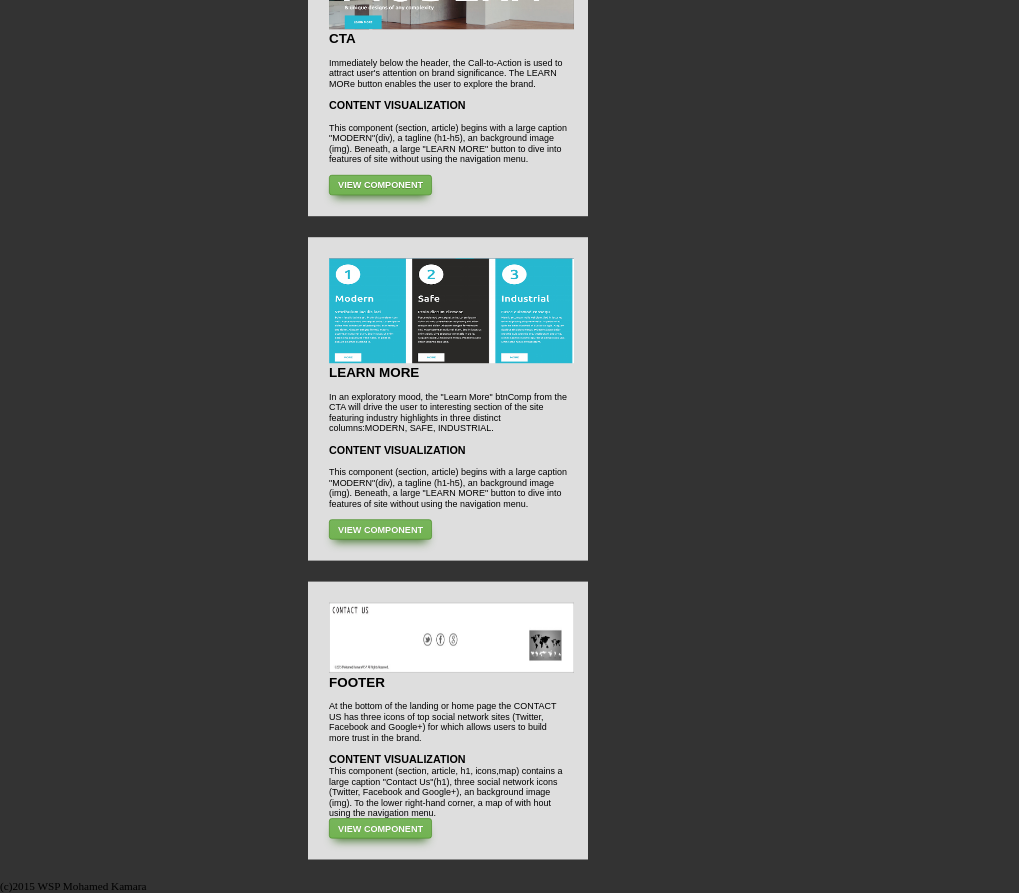
Repository: makamara/WSP_Project
Page: wsp/index.html
These files come from the project's save history. The page is drawn as it stood at one moment and after the next save; the edit follows.
The browser window is 1280 px wide. The page is 1280 px wide, then 1456 px, so the pictures cover 1456 px, including what lies to the right of the window. The pictures show the part of the page from y = 747 to 2427 px (the page is 2023 px tall before and 2465 px after), at 70% of full size.

Above is the page before, as saved 2015-09-15 23:36:00.

### wsp/index.html
<!DOCTYPE html>
<html>
<head>
	<title>WSP: Mohamed Kamara</title>
	<link rel="stylesheet" type="text/css" href="css/reset.css" />
	<link rel="stylesheet" type="text/css" href="css/main.css" />
</head>
<body>


	<!-- Header -->
	<header>

	</header>

	<!-- About -->
	<section id="about">

		<h1>WSP Mohamed Kamara</h1>
		<div class="image">
			<img src="images/art_pix.jpg" alt="Mohamed Kamara" width="150" height="150" /></div>
			<p>My name is Mohamed Kamara, I am originally from Liberia, a small country off the coast of West Africa. My interest in computer
		started as far back as 1995 while in high school and since then I have made it a career. Before Fullsail, I worked on technical
		support, but ever since I knew that development was something I really like doing, especially, the Web backend.
		</p>


	</section>

	<!-- Blog, Components -->
	<section>
		<!-- Header section -->
		<article>

			<img src="images/header.png" alt="Header Section" width="350" height="50" />
			<h1>HEADER</h1><br />
			<p>To present the company image to users, the log is placed in the top left-hand corner. Users are able to navigate the Website
			by making a selection from the menu located in the top right-hand corner. Users can return to the home page by clicking the logo.
			</p><br />
			<h3>CONTENT VISUALIZATION</h3><br />

			<p>This component (header, section, article) contains both the logo (img, h1) and the navigation (nav) with nested links (ul,a).
			For the logo to function as an escape hatch, it might also need to be linked (a).
			</p><br />
			<p><a href="/images/header.png" class="btnComp">VIEW COMPONENT</a></p>
		</article>
		<!-- CTA section -->
		<article>
			<img src="images/cta.jpg" alt="CTA" width="350" height="150" />
			<h1>CTA</h1><br />
			<p>Immediately below the header, the Call-to-Action is used to attract user's attention on brand significance.
				The <strong>LEARN MORe</strong> button enables the user to explore the brand.
			</p><br />
			<h3>CONTENT VISUALIZATION</h3><br />
			<p>This component (section, article) begins with a large caption "MODERN"(div), a tagline (h1-h5), an background image (img).
			Beneath, a large "LEARN MORE" button to dive into features of site without using the navigation menu.
			</p><br />
			<p><a href="images/cta.jpg" class="btnComp">VIEW COMPONENT</a></p>
		</article>
	<!-- LEARN MORE section -->
		<article>
			<img src="images/learnmore.jpg" alt="Learn More" width="350" height="150" />
			<h1>LEARN MORE</h1><br />
			<p>In an exploratory mood, the "Learn More" btnComp from the CTA will drive the user to interesting section of the site featuring
			industry highlights in three distinct columns:MODERN, SAFE, INDUSTRIAL.

			</p><br />
			<h3>CONTENT VISUALIZATION</h3><br />
			<p>This component (section, article) begins with a large caption "MODERN"(div), a tagline (h1-h5), an background image (img).
			Beneath, a large "LEARN MORE" button to dive into features of site without using the navigation menu.
			</p><br />
			<p><a href="images/learnmore.jpg" class="btnComp">VIEW COMPONENT</a></p>
		</article>
		<!-- FOOTER section -->
		<article>
			<img src="images/footer.jpg" alt="Footer" width="350" height="100" />
			<h1>FOOTER</h1><br />
			<p>At the bottom of the landing or home page the CONTACT US has three icons of top social network sites (Twitter, Facebook and Google+) for
			which allows users to build more trust in the brand.

			</p><br />
			<h3>CONTENT VISUALIZATION</h3>
			<p>This component (section, article, h1, icons,map) contains a large caption "Contact Us"(h1), three social network icons (Twitter, Facebook and Google+),
				 an background image (img). To the lower right-hand corner, a map of with hout using the navigation menu.
			</p>
			<p><a href="" class="btnComp">VIEW COMPONENT</a></p>
		</article>
	</section>
<footer>(c)2015 WSP Mohamed Kamara</footer>
</body>
</html>

### wsp/css/reset.css
/* CSS RESET
====================================================================================================
====================================================================================================
*/



html, body, div, main, span, applet, object, iframe,
h1, h2, h3, h4, h5, h6, p, blockquote, pre,
a, abbr, acronym, address, big, cite, code,
del, dfn, em, img, ins, kbd, q, s, samp,
small, strike, strong, sub, sup, tt, var,
b, u, i, center,
dl, dt, dd, ol, ul, li,
fieldset, form, label, legend, input, textarea,
table, caption, tbody, tfoot, thead, tr, th, td,
article, aside, canvas, details, embed,
figure, figcaption, footer, header, hgroup,
menu, nav, output, ruby, section, summary,
time, mark, audio, video,
::before, ::after {

	margin: 0; padding: 0;
	border: 0;
	font-size: 100%;
	font: inherit;
	vertical-align: baseline;
	text-decoration: none;

	box-sizing: border-box;

}

// HTML5 - Older browser support
// ======================================================================
article, aside, details, figcaption, figure,
footer, header, hgroup, menu, nav, section {
	display: block;
}


// BODY
// ======================================================================
body {
	line-height: 1;
	font-family: Verdana, Arial, Helvetica, sans-serif;

}


// LISTS - Clear bullets
// ======================================================================
ol, ul { list-style: none; }


// QUOTES
// ======================================================================
blockquote, q { quotes: none; }
blockquote:before, blockquote:after,
q:before, q:after {
	content: '';
	content: none;
}

// TABLES
// ======================================================================
table {
	border-collapse: collapse;
	border-spacing: 0;
}

### wsp/css/main.css
/* Project CSS
============================================================
============================================================*/
body {
    background: #333333;
}

header, section {
    width: 400px;
    margin: 0 auto;
}


/* HEADER ============================== */

/* ABOUT ============================== */

/* COMPONENTS ============================== */
article {
    background: #DEDEDE;
    padding: 30px;
    margin: 30px 0;
    font-family:Arial, Helvetica, sans-serif;
    font-size:0.8em;
}

h1 {
	font-weight:bold;
	font-size:1.5em;
	font-style:normal;
}

h3 {
	font-weight:bold;
	font-size:1.2em;
	font-style:normal
}

#about{
	color:#D8D8D8;
	font-family:Arial, Helvetica, sans-serif;
    font-size:0.8em;

}

.image {
    float: left;
   padding: 10px;

}

/* View Component button ============================== */
.btnComp {
	-moz-box-shadow: 0px 10px 14px -7px #3e7327;
	-webkit-box-shadow: 0px 10px 14px -7px #3e7327;
	box-shadow: 0px 10px 14px -7px #3e7327;
	background:-webkit-gradient(linear, left top, left bottom, color-stop(0.05, #77b55a), color-stop(1, #72b352));
	background-color:#77b55a;
	-moz-border-radius:4px;
	-webkit-border-radius:4px;
	border-radius:4px;
	border:1px solid #4b8f29;
	display:inline-block;
	cursor:pointer;
	color:#ffffff;
	font-family:Arial;
	font-size:13px;
	font-weight:bold;
	padding:6px 12px;
	text-decoration:none;
	text-shadow:0px 1px 0px #5b8a3c;
}
.btnComp:hover {
	background:-webkit-gradient(linear, left top, left bottom, color-stop(0.05, #72b352), color-stop(1, #77b55a));
	background-color:#72b352;
}
.btnComp:active {
	position:relative;
	top:1px;
}

After the next save:
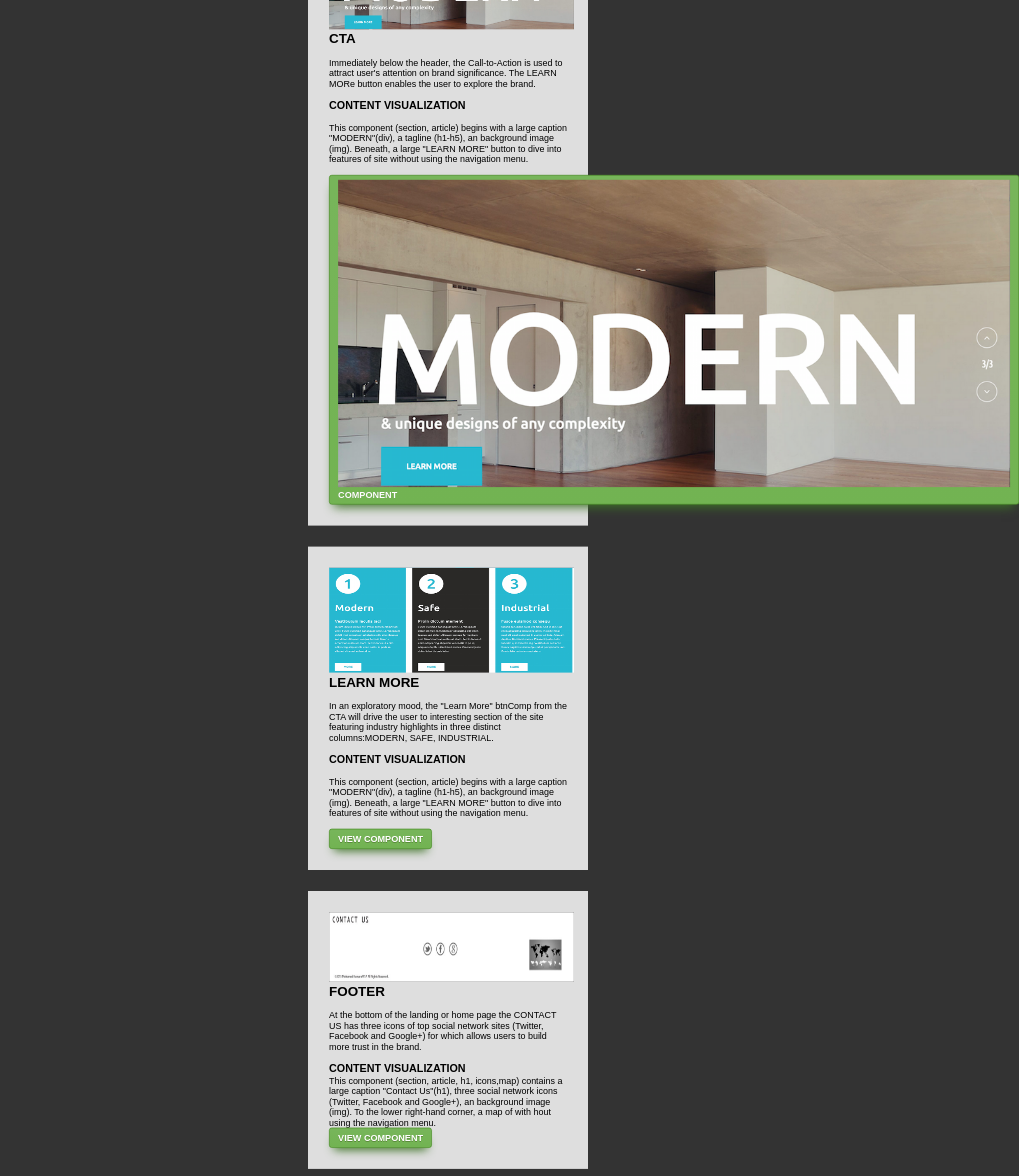
Saved 102 s later.
--- a/wsp/index.html
+++ b/wsp/index.html
@@ -55,7 +55,7 @@
 			<p>This component (section, article) begins with a large caption "MODERN"(div), a tagline (h1-h5), an background image (img).
 			Beneath, a large "LEARN MORE" button to dive into features of site without using the navigation menu.
 			</p><br />
-			<p><a href="images/cta.jpg" class="btnComp">VIEW COMPONENT</a></p>
+			<p><a href="" class="btnComp"><img src="images/cta.jpg"> COMPONENT</a></p>
 		</article>
 	<!-- LEARN MORE section -->
 		<article>
